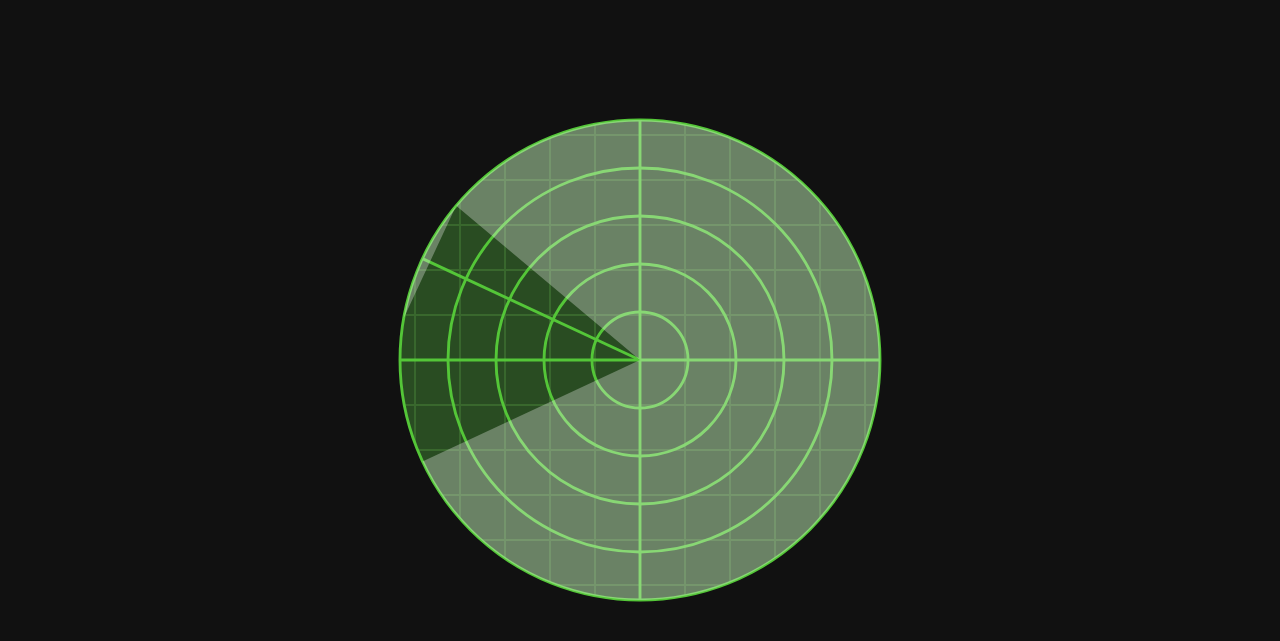
Repository: pedro-mancano/ProjetoCDM204
Page: scripts/radar.html
An editor plug-in stored every save of this project. The page is shown before and after a run of saves, followed by the edit.
The browser window is 1280 px wide. The pictures show the whole page.

Above is the page before, as saved 2024-11-27 09:06:33.

After the next 2 saves:
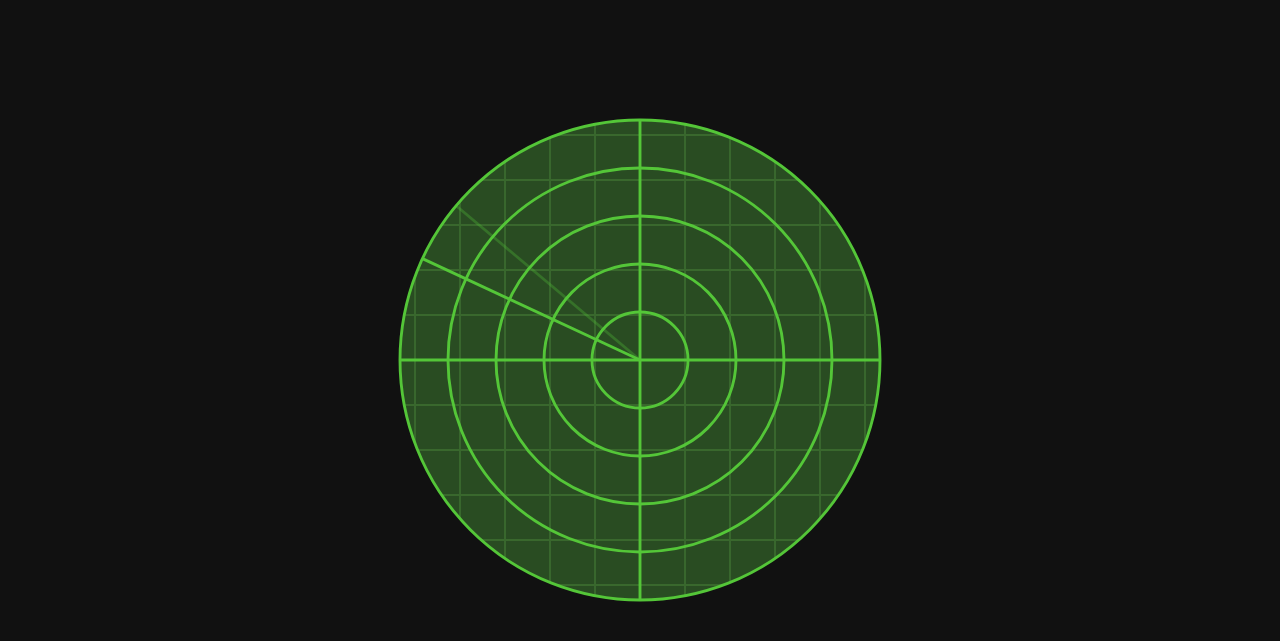
The 2 saves are shown as one change because they came seconds apart.
The last was saved 13 s later.
--- a/scripts/radar.js
+++ b/scripts/radar.js
@@ -85,7 +85,7 @@ function draw(elapsed) {
   ctx.beginPath();
   ctx.moveTo(R, R);
   ctx.lineTo(R + r * Math.cos((-angle + 15) * Math.PI / 180), R + r * Math.sin((-angle + 15) * Math.PI / 180));
-  ctx.arc(R, R, r, (-angle - 15) * Math.PI / 180, angle * Math.PI / 180);
+  ctx.stroke();
   ctx.lineTo(R, R);
   ctx.fill();
   ctx.globalAlpha = 1;
